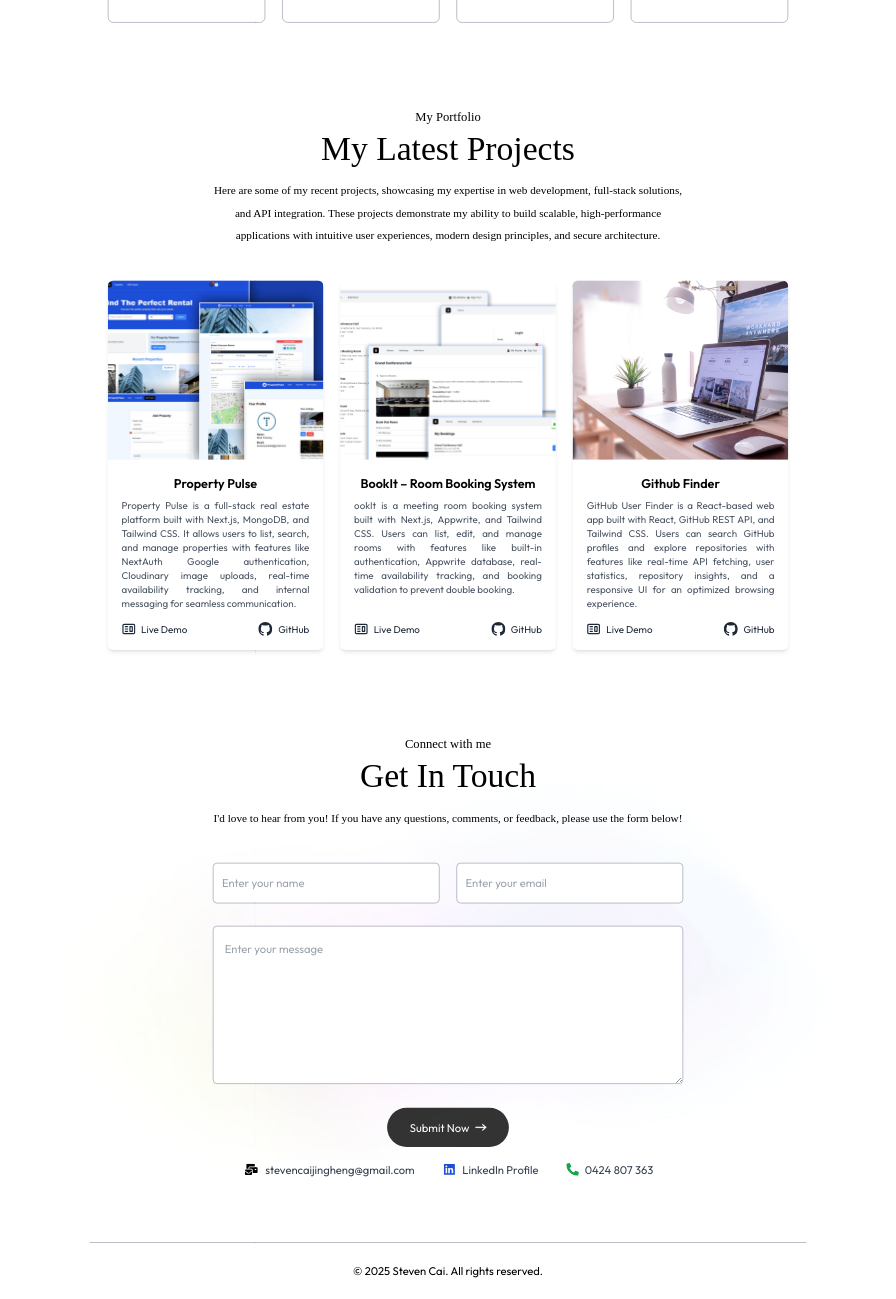
Repository: Steven4cai/profolio
Page: /
These files come from the project's save history. The page is drawn as it stood at one moment and after the next save; the edit follows.
The browser window is 1280 px wide. The pictures show the part of the page from y = 2241 to 4161 px (the page is 4097 px tall before and 4161 px after), at 70% of full size.
Some web fonts or font styles are not loaded; a fallback is used. The project was rebuilt for these pictures with package versions that can differ from the ones it lists, and the page was loaded fresh each time. The framework's server and built-in components were replaced by stand-ins that run in the browser. Also part of the build but not shown: next.config.mjs.

Above is the page before, as saved 2025-02-09 14:34:07.

### app/layout.js
import {Outfit,Ovo} from "next/font/google";
import "./globals.css";

const outfit = Outfit({
  subsets: ["latin"],weight:["400","500","600","700"]
});

const ovo = Ovo({
  subsets: ["latin"],weight:["400"]
});

export const metadata = {
  title: "Profolio - Steven",
  description: "",
};

export default function RootLayout({ children }) {
  return (
    <html lang="en" className="scroll-smooth ">
      <body className={`${outfit.className} ${ovo.className} antialiased leading-8 overflow-x-hidden
      dark:bg-darkTheme dark:text-white`}>
        <main>{children}</main>
      </body>
    </html>
  );
}

### app/page.js
'use client'
import About from "@/components/About";
import Header from "@/components/Header";
import Navbar from "@/components/Navbar";
import Services from "@/components/Services";
import Work from "@/components/Work";
import Contact from "@/components/Contact";
import Footer from "@/components/Footer";
import { useEffect, useState } from "react";

export default function Home() {
  const [isDark,setIsDark] = useState(false)

  useEffect(()=>{
    if(localStorage.theme === 'dark' || (!('theme' in localStorage) && window.matchMedia('(prefers-color-scheme:dark)').matches)){
      setIsDark(true)
    }else{
      setIsDark(false)
    }
  },[])

  useEffect(()=>{
    if(isDark){
      document.documentElement.classList.add('dark')
      localStorage.theme = 'dark'
    }else{
      document.documentElement.classList.remove('dark')
      localStorage.theme = ''
    }
  } ,[isDark])
  return (
    <>
    <Navbar isDark = {isDark} setIsDark = {setIsDark}/>
    <Header isDark = {isDark}/>
    <About isDark = {isDark}/>
    <Services isDark = {isDark}/>
    <Work isDark = {isDark}/>
    <Contact isDark = {isDark}/>
    <Footer isDark = {isDark}/>
    </>
  );
}

### components/About.jsx
import Image from 'next/image'
import React from 'react'
import {assets, infoList, toolsData} from '@/assets/assets'


const About = ({isDark}) => {
  return (
    <div id='about' className='w-full px-[12%] py-10 scroll-mt-20'>
      <h4 className='text-center mb-2 text-lg font-Ovo'>Introduction</h4>
      <h2 className='text-center text-5xl font-Ovo'>About Me</h2>

    <div className='flex w-full flex-col lg:flex-row items-center gap-20 my-20'>
        <div className='w-64 sm:w-80 rounded-3xl max-w-none'>
            <Image src={assets.user_image} alt='user'
            className='w-full rounded-3xl'/>
        </div>
        <div className='flex-1'>
            <p className='mb-10 max-w-2xl font-Ovo'>
            I am a web developer with a background in IT and software
         engineering. I specialize in building scalable and efficient web
          applications, focusing on clean code, performance optimization,
          and user experience. Skilled in both front-end and back-end
          technologies, I am always eager to learn and apply new solutions.
            </p>
            <ul className='grid grid-cols-1 sm:grid-cols-3 gap-6 max-w-2xl'>
                {infoList.map((info,index) => (
                    <li
                    className='border-[0.5px] border-gray-400 rounded-xl p-6
                    cursor-pointer hover:bg-lightHover hover:-translate-y-1 duration-500
                    hover:shadow-black
                    dark:border-white dark:hovr:shadow-white dark:hover:bg-darkHover/50'
                    key={index}>
                        <Image src={isDark ? info.iconDark : info.icon} alt={info.title} className='w-7 mt-3'/>
                        <h3 className='my-4 font-semiblod text-gray-700 dark:text-white'>{info.title}</h3>
                        <p className='text-gray-600 text-sm dark:text-white/80'>{info.description}</p>
                    </li>
                ))}
            </ul>

            <h4 className='my-6 text-gray-700 font-Ovo dark:text-white/80'>Tools I use</h4>


                <ul className='flex items-center gap-3 sm:gap-5'>
                    {toolsData.map((tool,index) => (
                        <li className=
                        'flex items-center justify-center w-12 sm:w-14 aspect-square border border-gray-400 rounded-lg cursor-pointer hover:-translate-y-1 duration-500'
                         key={index}>
                            <Image src={tool} alt='Tool' className='w-5 sm:w-7' />
                        </li>
                    ))}
                </ul>
        </div>
    </div>

    </div>
  )
}

export default About

### components/Header.jsx
import React from 'react'
import Image from 'next/image'
import {assets} from '@/assets/assets'

const Header = () => {
  return (
    <div className=
    'w-11/12 max-w-3xl text-center mx-auto h-screen flex flex-col items-center justify-center gap-4'>
      <div>
        <Image src={assets.profile_img} alt='' className='rounded-full w-32'/>
      </div>
      <h3 className='flex items-end gap-2 text-xl md:text-2xl mb-3 font-Ovo'>Hi! I'm Steven Cai <Image src={assets.hand_icon} alt='' className='w-6'/></h3>
        <h1 className='text-3xl sm:text-6xl lg:text-[66px] font-Ovo'>Frontend web developer based in Sydney</h1>
        <p className='max-w-2xl mx-auto font-Ovo'>
          Web developer with a strong foundation in software engineering,
           specializing in building efficient, scalable, and user-friendly
            applications.
        </p>
        <div className=
        'flex flex-col sm:flex-row items-center gap-4 mt-4'>
            <a href="#contact"
             className='px-10 py-3 border rounded-full bg-black text-white flex items-center gap-2
             dark:bg-transparent'>
                Contact me  <Image src={assets.right_arrow_white} alt='' className='w-4'/></a>
            <a href="/Steven_Cai_ITResume.pdf" download
            className='px-10 py-3 border rounded-full border-gray-500 flex items-center gap-2
            bg-white dark:text-black'
            >My resume  <Image src={assets.download_icon} alt='' className='w-4'/></a>

        </div>


    </div>
  )
}

export default Header

### components/Navbar.jsx
'use client'

import Image from 'next/image'
import React, { useEffect, useState } from 'react'
import {assets} from '@/assets/assets'

const Navbar = ({isDark,setIsDark}) => {
    const [isScroll, setIsScrool] = useState(false)

    const [isMenuOpen, setIsMenuOpen] = useState(false);

    const openMenu = () => {
        setIsMenuOpen(true);
    };

    const closeMenu = () => {
        setIsMenuOpen(false);
    };

    useEffect(()=>{
        window.addEventListener('scroll',()=>{
            if(scrollY > 50){
                setIsScrool(true)
            }else{
                setIsScrool(false)
            }
        })
    } ,[])

    return (
        <>
            <div className='fixed top-0 right-0 w-11/12 -z-10 translate-y-[-80%] dark:hidden'>
                <Image src={assets.header_bg_color} alt='' className='w-full' />
            </div>

            <nav className={`w-full fixed px-5 lg:px-8 xl:px-[8%] py-4 flex
                items-center justify-between z-50 ${isScroll
                ? 'bg-white bg-opacity-50 backdrop-blur-lg shadow-sm dark:bg-darkTheme dark:shadow-white/20'
                : ''}`}>
                <a href="#top">
                    <Image alt='logo' className='w-28 cursor-pointer mr-14 bg-white rounded-full' src={assets.logo} />
                </a>

                <ul className={`hidden md:flex items-center gap-6
                    lg:gap-8 rounded-full px-12 py-3
                    ${isScroll ?'' : 'bg-white shadow-sm bg-opacity-50 dark:border dark:border-white/50 dark:bg-transparent'}`}>
                    <li><a className='font-Ovo' href="#top">Home</a></li>
                    <li><a className='font-Ovo' href="#about">About me</a></li>
                    <li><a className='font-Ovo' href="#services">Services</a></li>
                    <li><a className='font-Ovo' href="#work">My Work</a></li>
                    <li><a className='font-Ovo' href="#contact">Contact me</a></li>
                </ul>

                <div className='flex items-center gap-4'>

                    <button onClick={() => setIsDark(prev => !prev)}>
                        <Image src={isDark ? assets.sun_icon : assets.moon_icon} alt='' className='w-6' />
                    </button>

                    <a href='#contact' className='hidden lg:flex items-center gap-3 px-10 py-2.5
                    border border-gray-500 rounded-full ml-4 font-Ovo
                    dark:border-white/50'>
                        Contact <Image className='w-3' src={isDark ?assets.arrow_icon_dark :assets.arrow_icon} alt='arrowicon' />
                    </a>

                    <button className='block md:hidden ml-3' onClick={openMenu}>
                        <Image src={isDark ?assets.menu_white :assets.menu_black} alt='' className='w-6' />
                    </button>
                </div>

                <ul className={`flex flex-col gap-4 py-20 px-10
                fixed -right-0 top-0 bottom-0 w-64 z-50 h-screen bg-rose-50
                transition duration-500' dark:bg-darkHover dark:text-white
                ${isMenuOpen ? 'translate-x-0' : 'translate-x-[16rem]'} md:hidden`}>
                    {/* Close Button */}
                    <div className='absolute right-6 top-6' onClick={closeMenu}>
                        <Image src={isDark ?assets.close_white :assets.close_black} alt='' className='w-5 cursor-pointer' />
                    </div>

                    <li><a onClick={closeMenu} className='font-Ovo' href="#top">Home</a></li>
                    <li><a onClick={closeMenu} className='font-Ovo' href="#about">About me</a></li>
                    <li><a onClick={closeMenu} className='font-Ovo' href="#services">Services</a></li>
                    <li><a onClick={closeMenu} className='font-Ovo' href="#work">My Work</a></li>
                    <li><a onClick={closeMenu} className='font-Ovo' href="#contact">Contact me</a></li>
                </ul>
            </nav>
        </>
    )
}

export default Navbar;

### components/Services.jsx
import React from "react";
import { TbWorld } from "react-icons/tb";
import { RiStackFill } from "react-icons/ri";
import { AiOutlineApi } from "react-icons/ai";
import { MdSecurity } from "react-icons/md";

export const serviceData = [
  { icon: <TbWorld className="text-4xl text-gray-700 dark:text-white" />, title: 'Frontend Development', description: 'Building modern, responsive, and interactive web applications using React.js, Next.js, and Tailwind CSS to ensure seamless user experience.', link: '' },
  { icon: <RiStackFill className="text-4xl text-gray-700 dark:text-white" />, title: 'Full-Stack Development', description: 'Developing scalable web applications with Next.js, Appwrite, MongoDB, and Firebase, handling both frontend and backend efficiently.', link: '' },
  { icon: <AiOutlineApi className="text-4xl text-gray-700 dark:text-white" />, title: 'API Development & Integration', description: 'Creating and integrating RESTful APIs to enable smooth data communication between systems, ensuring high performance and security.', link: '' },
  { icon: <MdSecurity className="text-4xl text-gray-700 dark:text-white" />, title: 'Authentication & Security', description: 'Implementing secure authentication using NextAuth.js, OAuth, JWT, and Firebase Auth, ensuring data protection and user privacy.', link: '' },
];

const Services = () => {
  return (
    <div id='services' className='w-full px-[12%] py-10 scroll-mt-20'>
      <h4 className='text-center mb-2 text-lg font-Ovo'>What I offer</h4>
      <h2 className='text-center text-5xl font-Ovo'>My Services</h2>

      <p className='text-center max-w-2xl mx-auto mt-5 mb-12 font-Ovo'>
        I design and develop modern, high-performance web applications with
        a focus on efficiency, scalability, and seamless user experience. Whether
        it’s front-end UI/UX, full-stack solutions, or API integrations,
        I build robust and maintainable systems tailored to business needs.
      </p>

      <div className='grid grid-cols-1 sm:grid-cols-2 md:grid-cols-4 gap-6 my-10'>
        {serviceData.map(({ icon, title, description, link }, index) => (
          <div
            className='border border-gray-400 rounded-lg px-8 py-10 flex flex-col items-center text-center
              hover:shadow-black cursor-pointer hover:bg-lightHover hover:-translate-y-1 duration-500
              dark:hover:bg-darkHover dark:hover:shadow-white'
            key={index}
          >
            {icon}
            <h3 className='text-lg my-4 text-gray-700 dark:text-white'>{title}</h3>
            <p className='text-sm text-gray-600 leading-5 dark:text-white/80'>{description}</p>
          </div>
        ))}
      </div>
    </div>
  );
};

export default Services;

### components/Work.jsx
import { assets, workData } from '@/assets/assets';
import React from 'react';
import Image from 'next/image';
import Link from 'next/link';
import { BsGithub } from 'react-icons/bs';
import { CgWebsite } from 'react-icons/cg';

const Work = ({ isDark }) => {
  return (
    <div id="work" className="w-full px-[12%] py-10 scroll-mt-20">
      <h4 className="text-center mb-2 text-lg font-Ovo">My Portfolio</h4>
      <h2 className="text-center text-5xl font-Ovo">My Latest Projects</h2>

      <p className="text-center max-w-2xl mx-auto mt-5 mb-12 font-Ovo">
      Here are some of my recent projects, showcasing my expertise in web
       development, full-stack solutions, and API integration. These projects
        demonstrate my ability to build scalable, high-performance applications
         with intuitive user experiences, modern design principles, and secure
         architecture.
      </p>

      <div className="grid grid-cols-1 sm:grid-cols-2 md:grid-cols-3 gap-6 my-10">
  {workData.map((work, index) => (
    <div
      key={index}
      className="flex flex-col bg-white dark:bg-gray-900 rounded-lg shadow-md overflow-hidden group cursor-pointer"
    >
      {/* 背景图片部分 */}
      <div
        className="h-64 bg-cover bg-center transition-transform duration-500 group-hover:scale-105"
        style={{ backgroundImage: `url(${work.bgImage})` }}
      ></div>

      {/* 文字部分 */}
      <div
        className="p-5 w-full flex flex-col flex-grow transition-all duration-500 group-hover:-translate-y-2"
      >
        <h2 className="font-semibold text-lg dark:text-white text-center">
          {work.title}
        </h2>
        <p className="text-sm text-gray-600 dark:text-gray-300 mt-2 text-justify flex-grow">
          {work.description}
        </p>

        {/* 按钮部分 */}
        <div className="mt-4 flex justify-between items-center">
          <Link
            href={work.website}
            target="_blank"
            className="flex items-center gap-2 text-sm text-gray-800 dark:text-white hover:text-blue-500 transition-colors"
          >
            <CgWebsite className="text-xl" /> Live Demo
          </Link>

          <Link
            href={work.github}
            target="_blank"
            className="flex items-center gap-2 text-sm text-gray-800 dark:text-white hover:text-gray-600 transition-colors"
          >
            <BsGithub className="text-xl" /> GitHub
          </Link>
        </div>
      </div>
    </div>
  ))}
</div>

    </div>
  );
};

export default Work;

### components/Contact.jsx
'use client'
import { assets } from '@/assets/assets'
import React,{ useState } from 'react'
import Image from 'next/image'
import { FaPhoneAlt,FaMailBulk } from "react-icons/fa";
import Link from 'next/link';
import { AiFillLinkedin } from "react-icons/ai";
const Contact = () => {

    const [result, setResult] = React.useState("");

  const onSubmit = async (event) => {
    event.preventDefault();
    setResult("Sending....");
    const formData = new FormData(event.target);

    formData.append("access_key", "d1d257f8-3b83-45d6-8d1c-4f4ca340e588");

    const response = await fetch("https://api.web3forms.com/submit", {
      method: "POST",
      body: formData
    });

    const data = await response.json();

    if (data.success) {
      setResult("Form Submitted Successfully");
      event.target.reset();
    } else {
      console.log("Error", data);
      setResult(data.message);
    }
  };


  return (
    <div id='contact' className='w-full px-[12%] py-10 scroll-mt-20 bg-[url("/footer-bg-color.png")] bg-no-repeat
    bg-center bg-[length:90%_auto] dark:bg-none'>
        <h4 className='text-center mb-2 text-lg font-Ovo'>Connect with me</h4>
        <h2 className='text-center text-5xl font-Ovo'>Get In Touch</h2>

        <p className='text-center max-w-2xl mx-auto mt-5 mb-12 font-Ovo'>
       I'd love to hear from you! If you have any questions, comments, or feedback, please use the form below!
        </p>

        <form onSubmit={onSubmit} className='max-w-2xl mx-auto'>
            <div className='grid grid-cols-auto gap-6 mt-10 mb-8'>
                <input
                className='flex-1 p-3 outline-none border-[0.5px] border-gray-400 rounded-md bg-white
                dark:bg-darkHover/30 dark:border-white/90'
                type="text" placeholder='Enter your name' required name="name" />
                <input
                className='flex-1 p-3 outline-none border-[0.5px] border-gray-400 rounded-md bg-white
                dark:bg-darkHover/30 dark:border-white/90'
                type="email" placeholder='Enter your email' required name="email" />
            </div>
            <textarea
            className='w-full p-4 outline-none border-[0.5px] border-gray-400 rounded-md bg-white mb-6
            dark:bg-darkHover/30 dark:border-white/90'
            rows={6} placeholder='Enter your message'  name="message" required></textarea>
            <button
            className='py-3 px-8 w-max flex items-center justify-between gap-2 bg-black/80 text-white rounded-full
            mx-auto hover:bg-black duration-500 dark:bg-transparent dark:border-[0.5px] dark:hover:bg-darkHover'
            type='submit'>
                Submit Now <Image src={assets.right_arrow_white} alt='' className='w-4'/>
            </button>

            <p className='mt-4'>{result}</p>
            <div className='flex justify-center gap-10 items-center text-center'>
      <Link href="mailto:stevencaijingheng@gmail.com">
        <div className='flex items-center gap-2'>
          <FaMailBulk className='w-6' />
          <span className="text-gray-700 dark:text-white">stevencaijingheng@gmail.com</span>
        </div>
      </Link>

        <Link href="https://www.linkedin.com/in/stevencai1" target="_blank" rel="noopener noreferrer">
          <div className='flex items-center gap-2 cursor-pointer hover:text-blue-500 transition'>
            <AiFillLinkedin className='text-blue-700 dark:text-blue-400 text-xl' />
            <span className="text-gray-700 dark:text-white">LinkedIn Profile</span>
          </div>
        </Link>

        <div className='flex items-center gap-2'>
          <FaPhoneAlt className='text-green-600 text-lg' />
          <span className="text-gray-700 dark:text-white">0424 807 363</span>
        </div>
      </div>
        </form>
    </div>
  )
}

export default Contact

### components/Footer.jsx
import Image from 'next/image'
import React from 'react'
import { assets } from '@/assets/assets'


const Footer = ({ isDark }) => {
  const currentYear = new Date().getFullYear();

  return (




      <div className='text-center border-t border-gray-400 mx-[10%] mt-12 py-6'>
        <p>&copy; {currentYear} Steven Cai. All rights reserved.</p>
      </div>

  )
}

export default Footer;

### tailwind.config.mjs
/** @type {import('tailwindcss').Config} */
export default {
  content: [
    "./pages/**/*.{js,ts,jsx,tsx,mdx}",
    "./components/**/*.{js,ts,jsx,tsx,mdx}",
    "./app/**/*.{js,ts,jsx,tsx,mdx}",
  ],
  theme: {
    extend: {
      colors: {
        lightHover: '#fcf4ff',
        darkHover: '#2a004a',
        darkTheme: '#11001F'
      },
      fontFamily:{
        Outfit:["Outfit", "sans-serif"],
        Ovo: ["Ovo", "serif"]
      },
      boxShadow:{
        'black': '4px 4px 0 #000',
        'white': '4px 4px 0 #fff',
      },
      gridTemplateColumns:{
        'auto':'repeat(auto-fit,minmax(200px,1fr))'
      }
    },
  },
  darkMode: 'selector',
  plugins: [],
};

Loaded but not shown: app/globals.css (common file); assets/assets.js (123 lines, source omitted)

After the next save:
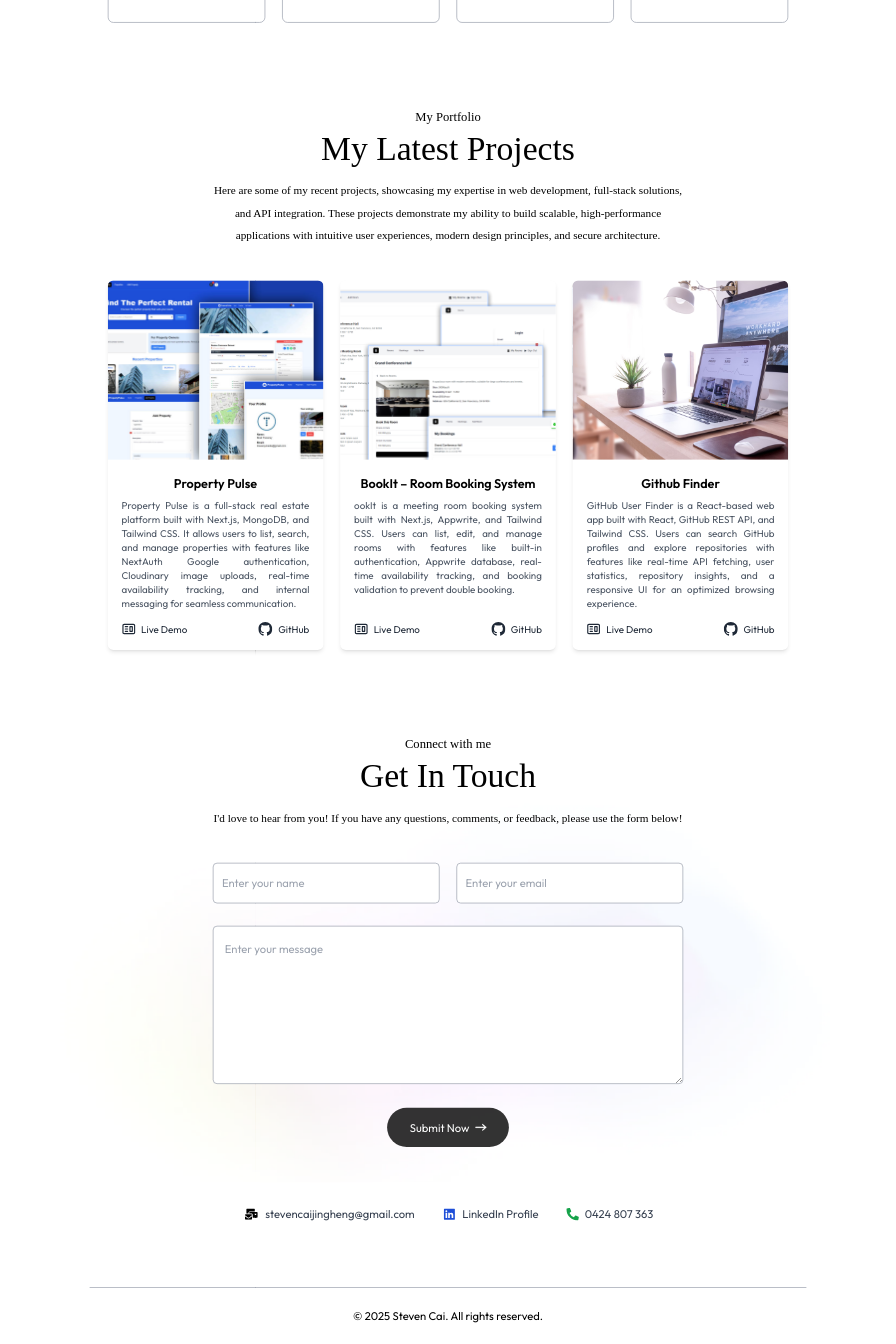
Saved 30 s later.
--- a/components/Contact.jsx
+++ b/components/Contact.jsx
@@ -66,6 +66,7 @@ const Contact = () => {
             </button>
 
             <p className='mt-4'>{result}</p>
+            <div className='mt-20'>
             <div className='flex justify-center gap-10 items-center text-center'>
       <Link href="mailto:stevencaijingheng@gmail.com">
         <div className='flex items-center gap-2'>
@@ -86,6 +87,7 @@ const Contact = () => {
           <span className="text-gray-700 dark:text-white">0424 807 363</span>
         </div>
       </div>
+      </div>
         </form>
     </div>
   )
